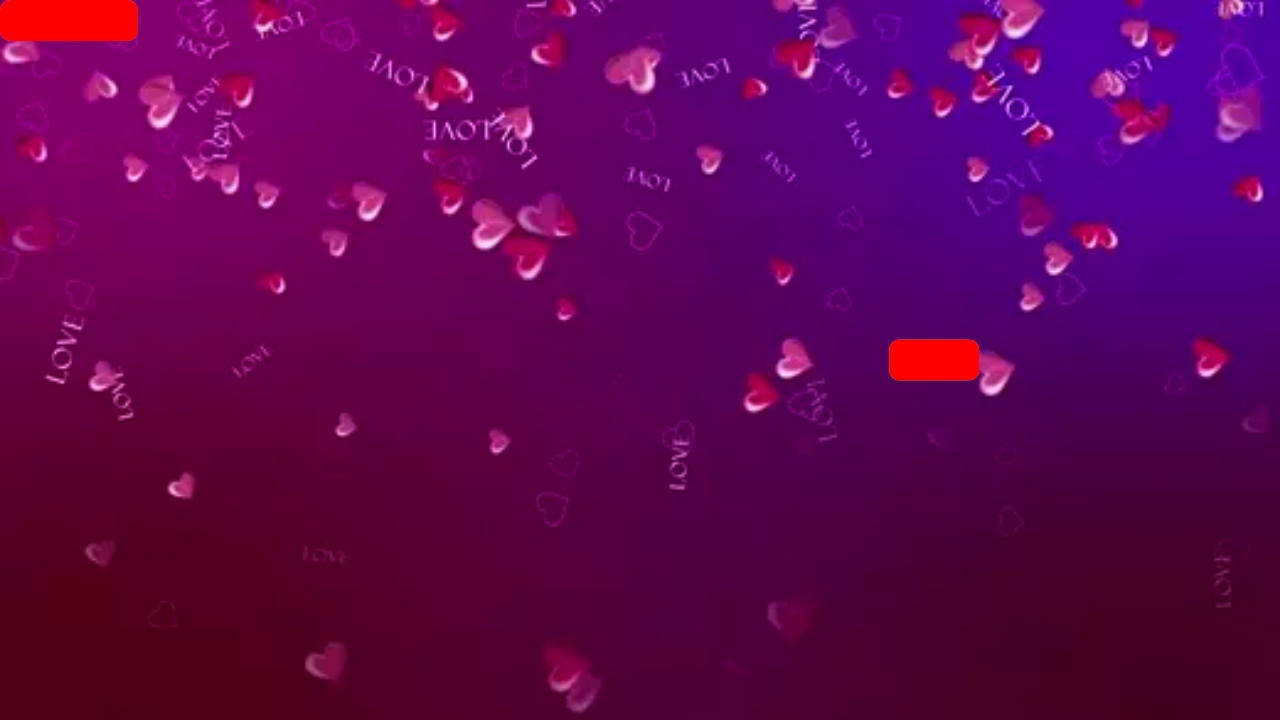
Repository: kuluong2000/love
Page: index.html
These files come from the project's save history. The page is drawn as it stood at one moment and after the next save; the edit follows.
The browser window is 1280 px wide. The pictures show the whole page.

Above is the page before, as saved 2022-06-04 21:59:09.

After the next save:
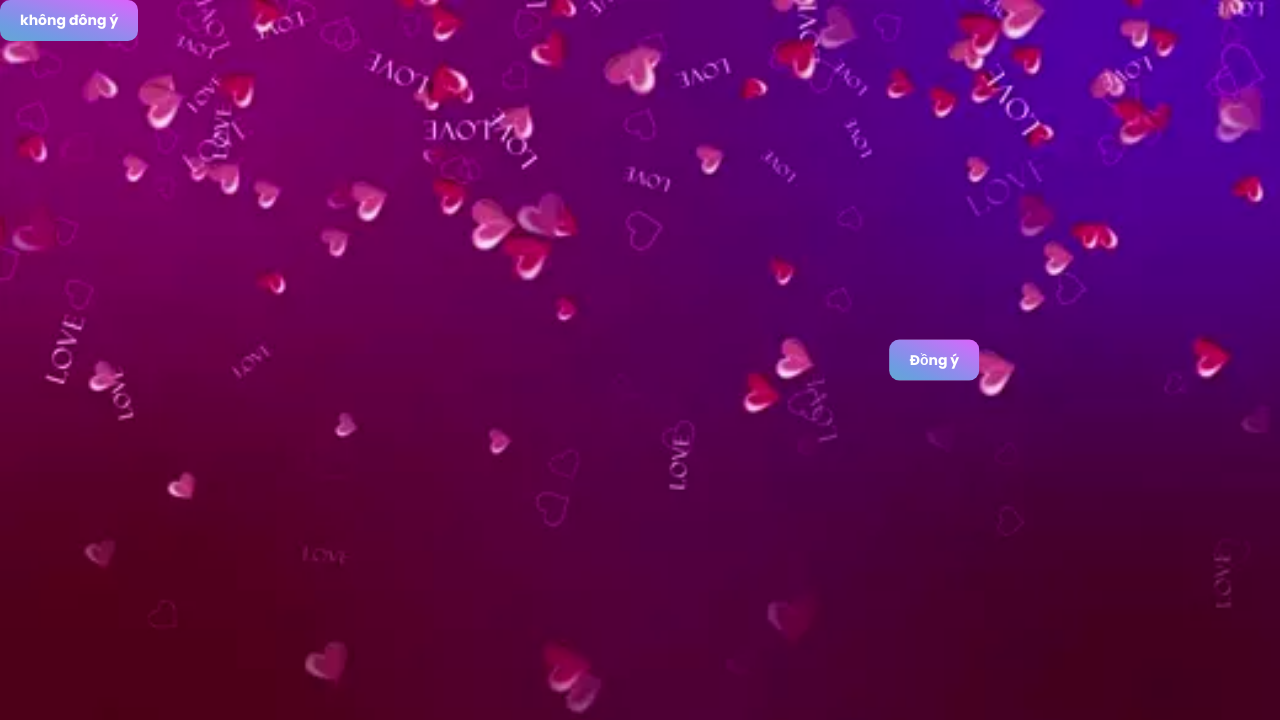
Saved 10 s later.
--- a/app.css
+++ b/app.css
@@ -34,7 +34,7 @@
   top: 0;
   left: 0;
   border-radius: 10px;
-  background-color: red;
+  background-color: transparent;
 }
 .love-success {
   right: 20%;

After the 2 saves that followed:
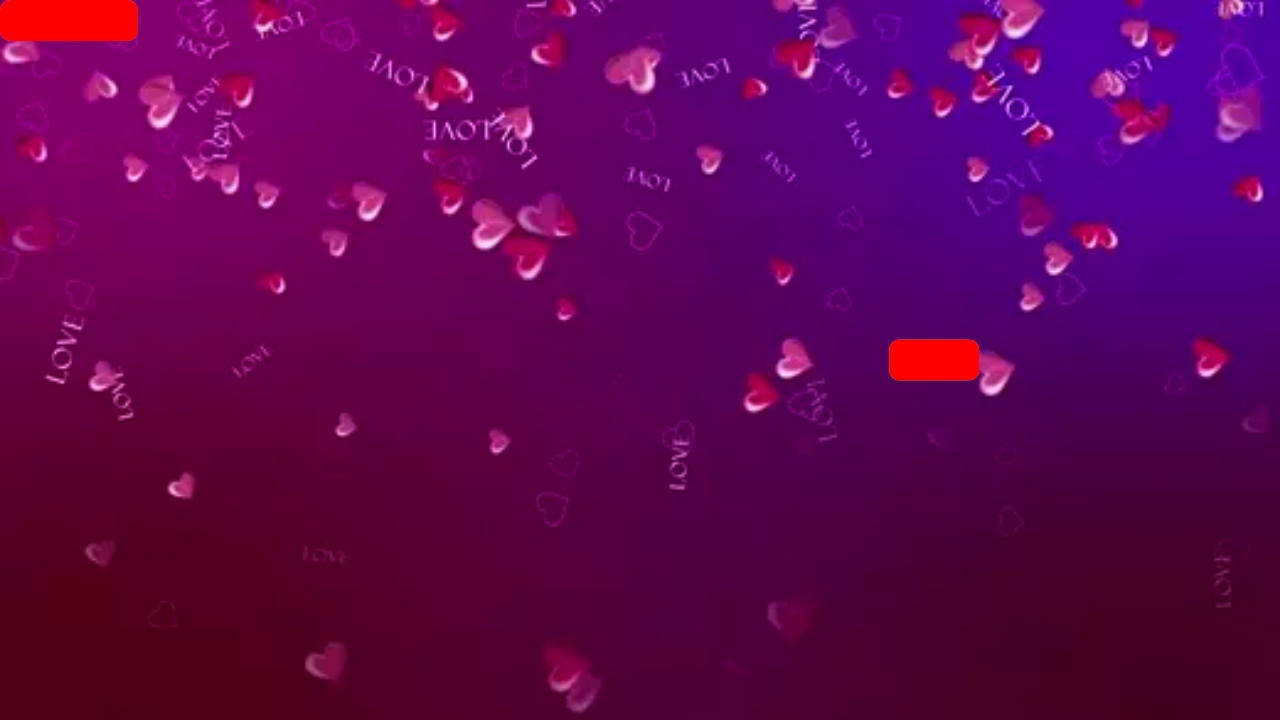
The 2 saves are shown as one change because they came seconds apart.
The last was saved 14 s later.
--- a/app.css
+++ b/app.css
@@ -32,9 +32,9 @@
   width: 100%;
   height: 100%;
   top: 0;
-  left: 0;
+  right: 0;
   border-radius: 10px;
-  background-color: transparent;
+  background-color: red;
 }
 .love-success {
   right: 20%;
